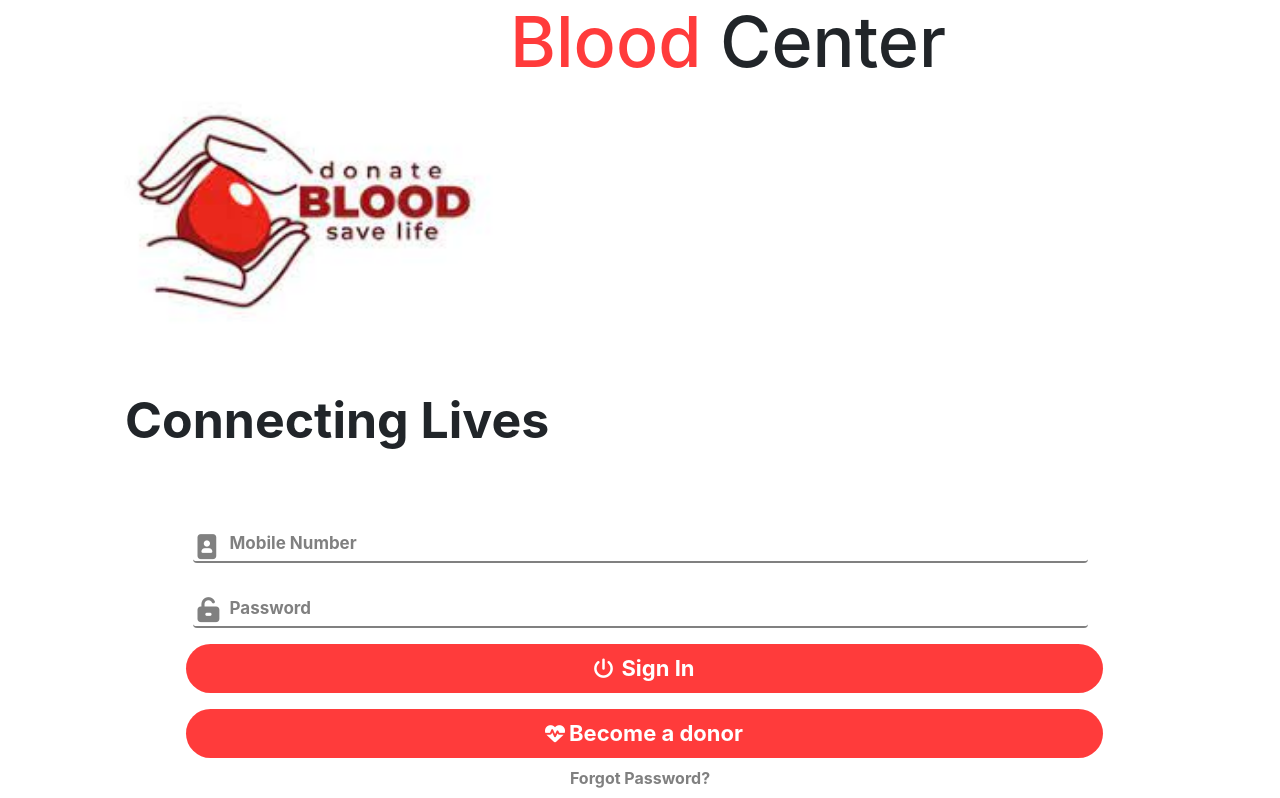
Repository: syedali042/jbds
Page: /
The author's editor kept a copy of each file at every save. The page is drawn from the files as they stood at one save, then again after the next save.
The browser window is 1280 px wide. The pictures show the whole page.
Some web libraries are served in a nearby version. The project was rebuilt for these pictures with package versions that can differ from the ones it lists, and the page was loaded fresh each time. Also part of the build but not shown: src/components/Header.js, src/components/About.js, src/components/Register.js, src/components/Header2.js, src/components/Home.js, src/components/Header4.js, src/components/Request.js, src/components/Header3.js and 1 more.

Above is the page before, as saved 2021-11-09 20:22:10.

After the next save:
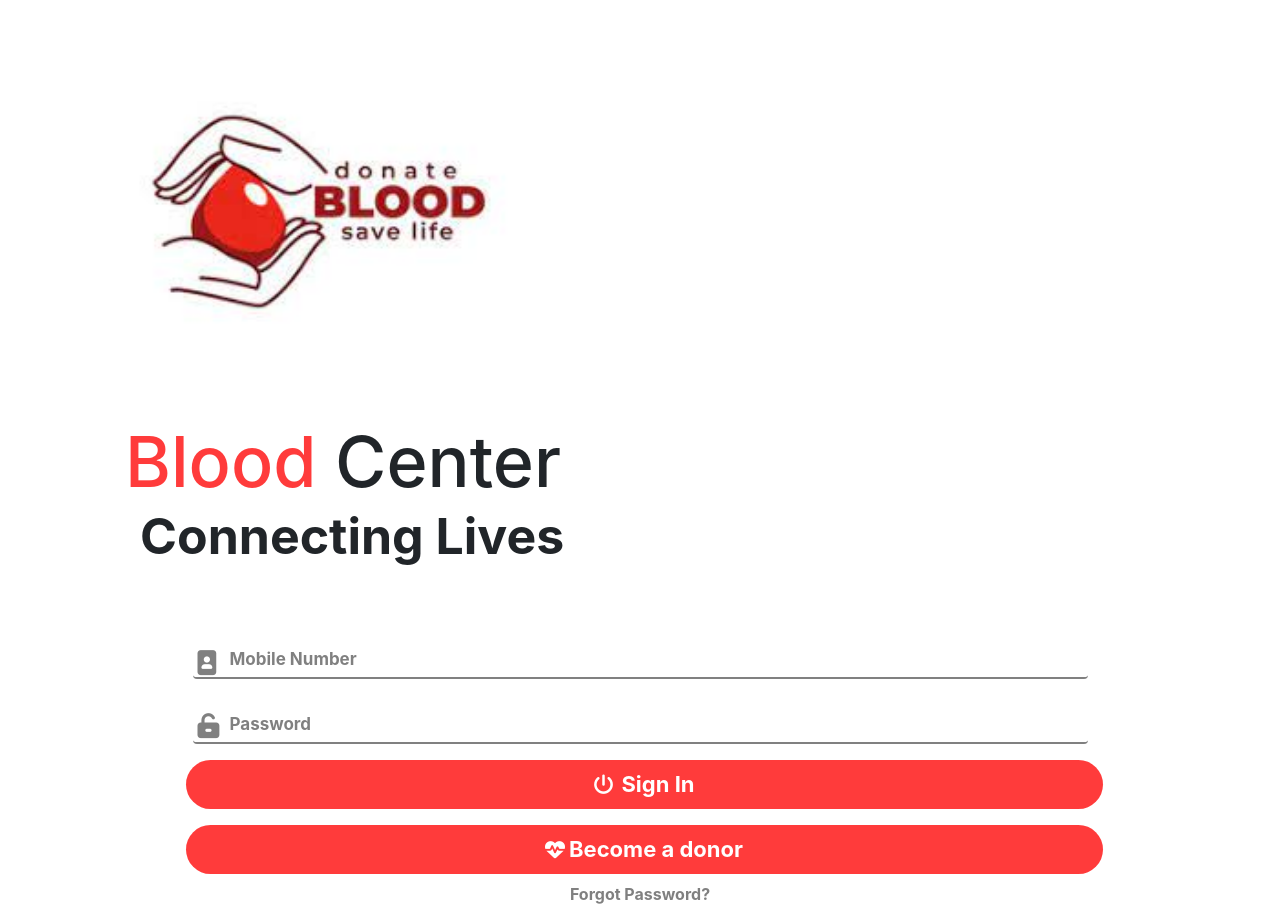
Saved 7 s later.
--- a/src/components/Login.js
+++ b/src/components/Login.js
@@ -6,11 +6,11 @@ function Login() {
     return (
 
             <div className="container">
-                <div className="row">
-                        <img src="./images/download.jfif" alt="there is no image" className="img"/>
-                        <h2 className="blood"><span style={{color:'#FF3B3B'}}>Blood</span> Center</h2><br>
-                        </br>
-                        <h5 className="con">Connecting Lives</h5>
+                <div>
+                    <img src="./images/download.jfif" alt="there is no image" className="img"/>
+                    <h2 className="blood"><span style={{color:'#FF3B3B'}}>Blood</span> Center</h2><br>
+                    </br>
+                    <h5 className="con">Connecting Lives</h5>
                 </div>
                 <div className="container">
                     <div className="row">
